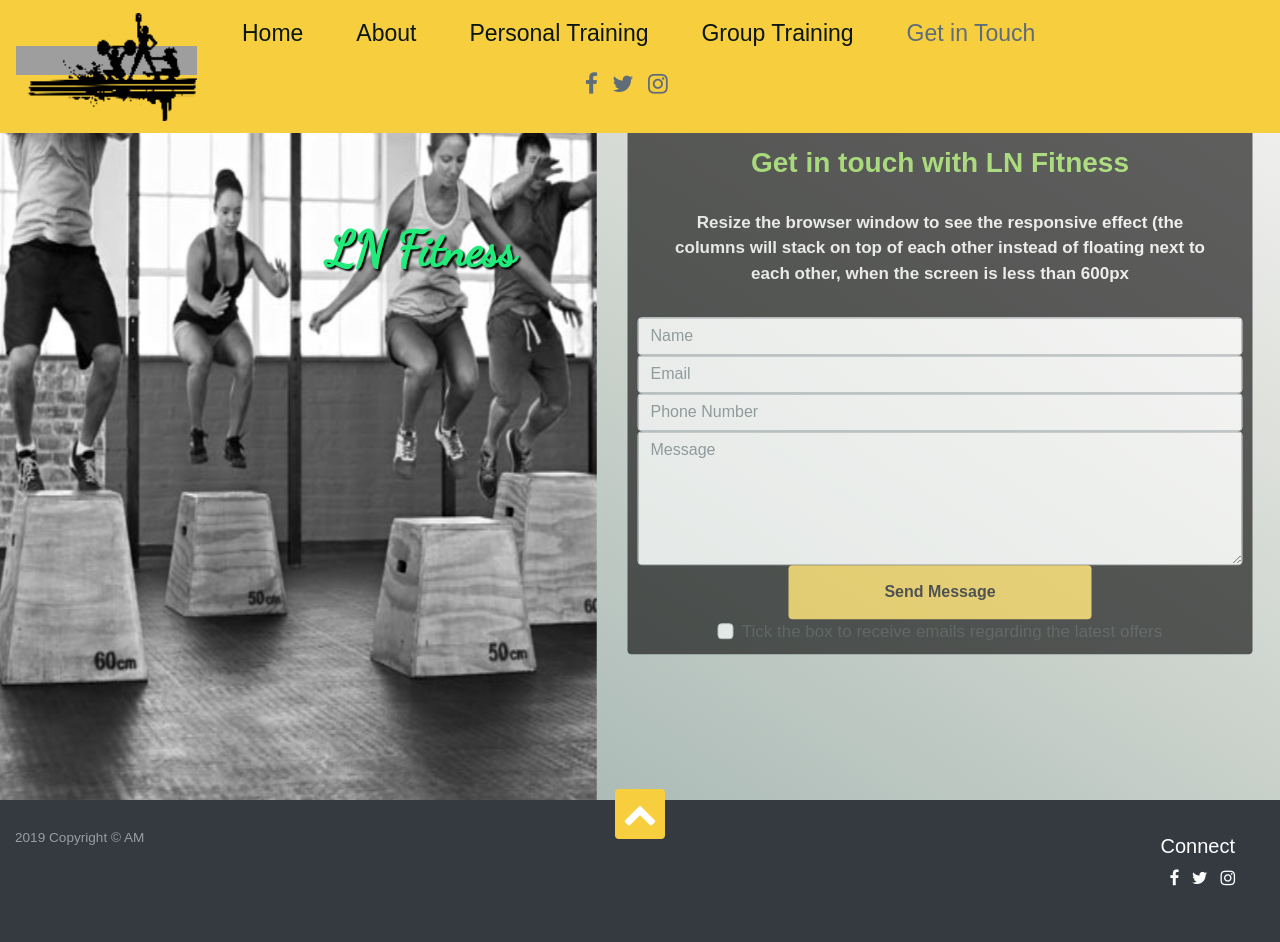
Repository: murphya14/Fitness-webpage
Page: get-in-touch.html
The author's editor kept a record of every edit. The page is drawn from the files as they stood at one moment, then again after the next edit.
The browser window is 1280 px wide. The pictures show the whole page.
Pictures or frames that could not be fetched are drawn as grey boxes. Some web libraries are served in a nearby version.

Above is the page before.

After the next edit:
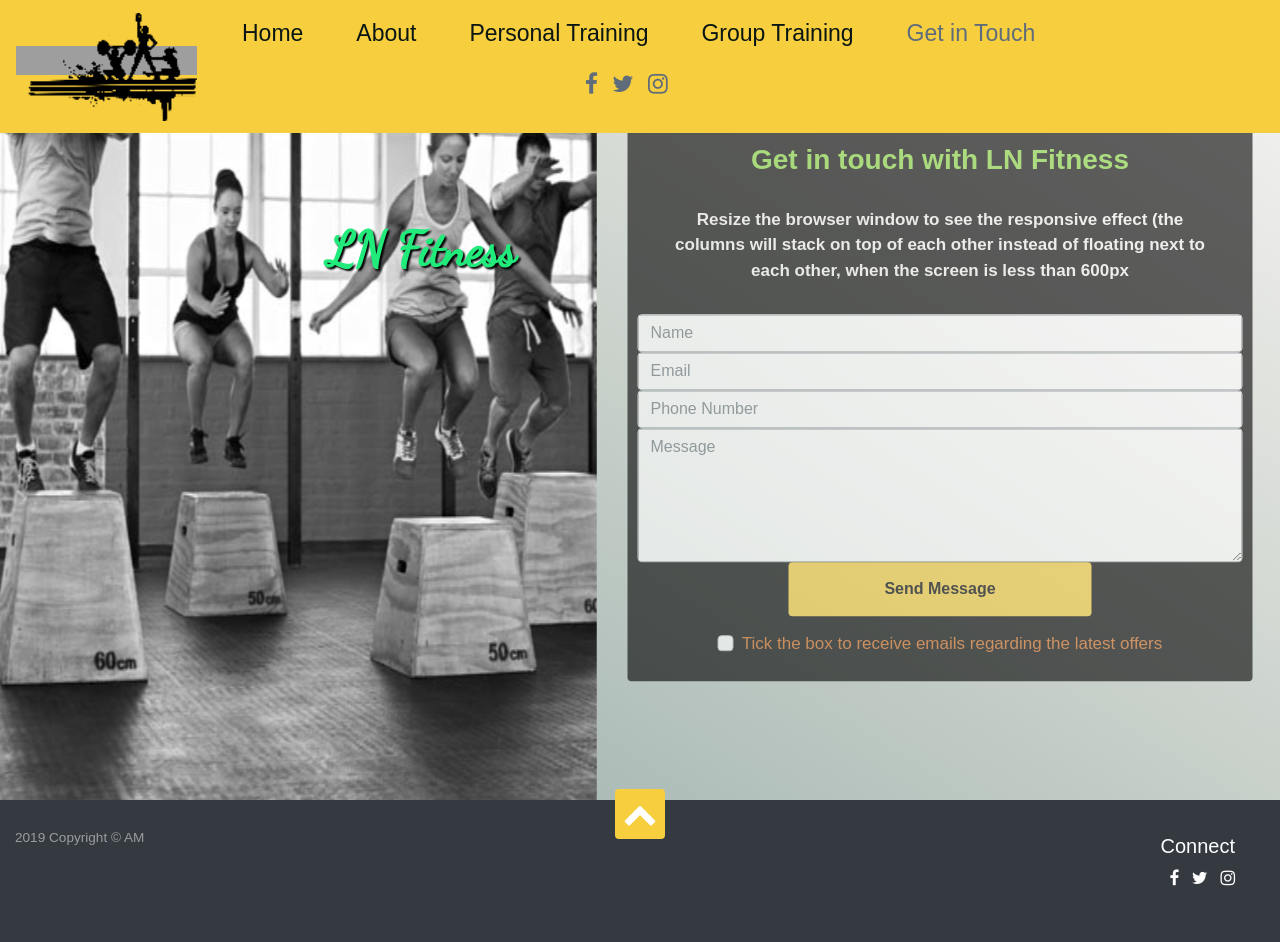
The edit:
--- a/assets/css/style.css
+++ b/assets/css/style.css
@@ -360,7 +360,8 @@
 .center-form {opacity:1;
    }
 
-
+.custom-checkbox {margin: 15px;
+color:#D2691E;}
 
 
 
